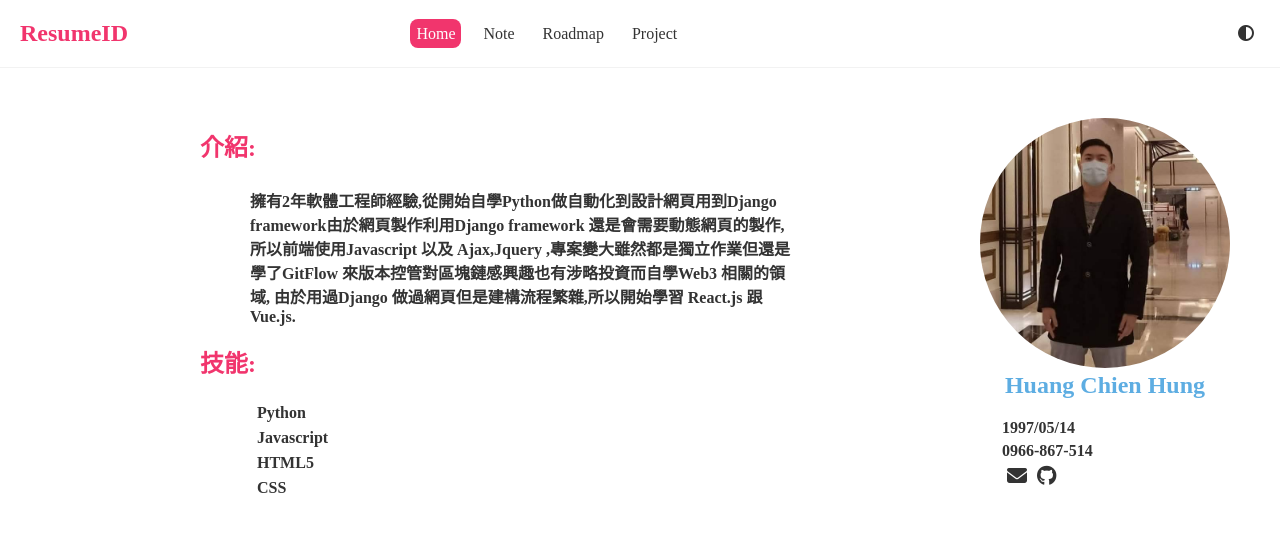
Repository: leo-play-code/ResumeID
Page: /
The author's editor kept a copy of each file at every save. The page is drawn from the files as they stood at one save, then again after a run of saves.
The browser window is 1280 px wide. The pictures show the whole page.
Some web libraries are served in a nearby version. The project was rebuilt for these pictures with package versions that can differ from the ones it lists, and the page was loaded fresh each time. Also part of the build but not shown: src/Note/Note.js, src/Roadmap/Roadmap.js, src/Project/Project.js.

Above is the page before, as saved 2022-10-18 15:25:46.

### public/index.html
<!DOCTYPE html>
<html lang="en">
  <head>
    <meta charset="utf-8" />
    <link rel="icon" href="%PUBLIC_URL%/favicon.ico" />
    <meta name="viewport" content="width=device-width, initial-scale=1" />
    <meta name="theme-color" content="#000000" />
    <meta
      name="description"
      content="Web site created using create-react-app"
    />
    <link rel="apple-touch-icon" href="%PUBLIC_URL%/logo192.png" />
    <link rel="manifest" href="%PUBLIC_URL%/manifest.json" />

    <!-- fontawesome -->
    <script src="https://kit.fontawesome.com/14e9a4f90b.js" crossorigin="anonymous"></script>
    <title>React App</title>
  </head>
  <body>
    <noscript>You need to enable JavaScript to run this app.</noscript>
    <div id="root"></div>
  </body>
</html>

### src/index.css
/* base styles */
* {
  margin: 0;
  font-family: "Quicksand";
  color: #333;
}
.navbar {
  padding: 20px;
  display: flex;
  align-items: center;
  max-width: 100%;
  margin: 0 auto;
  border-bottom: 1px solid #f2f2f2;
}
.navbar h1 {
  color: #f1356d;
}
.navbar-center{
  margin-inline: auto;
}
.navbar-center .page-selected{
  color:white;
  background: #f1356d;
  border-radius: 8px;
  pointer-events: none;
}
.navbar .navbar-right {
  margin-left: auto;
}
.navbar a {
  margin-left: 16px;
  text-decoration: none;
  padding: 6px;
}
.navbar a:hover {
  color: #f1356d;
}
.content {
  max-width: 600px;
  margin: 40px auto;
  padding: 20px;
}

/* Home */
.Home .profile{
  height: 500px;
}
.Home .picture img{
  border-radius: 50%;
  max-width: 250px;
}
.Home .profile .MainName{
  color:#5DADE2;
}

.Home .introduction{
  margin-top: 60px;
  margin-left: 200px;
  float:left;
  width: 600px;
}
.Home .information{
  margin: 50px;
  float:right;
}


.Home .introduction h2{
  color:#f1356d
}
.Home .introduction .context{
  margin-top: 25px;
  margin-left: 50px;
}


.Home .picture{
  text-align: center;
}

.Home .contact{
  margin-top: 20px;
  margin-left:17px
}

.Home .contact div{
  margin :5px;
}

.Home .contact span{
  margin :5px;
}


.Home .contact a{
  margin :5px;
  font-size: 20px;
  transition: 0.3s;
}

.Home .contact a:hover{
  font-size: 35px;
  transition: 0.3s;
}

.Home .skill{
  margin-top: 25px;
  margin-left: 50px;
}
.Home .skill div{
  margin: 7px;
}

### src/App.js
import Navbar from './Navbar/Navbar';
import { BrowserRouter as Router,Route,Switch} from 'react-router-dom'
import Home from './Home/Home';
import Note from './Note/Note';
import Roadmap from './Roadmap/Roadmap';
import Project from './Project/Project';

function App(){
    return (
        <Router>
            <div className="App">
            <Navbar />
                <Switch>
                    <Route exact path='/'>
                        <Home />
                    </Route>
                    <Route exact path='/Note'>
                        <Note />
                    </Route>
                    <Route exact path='/Roadmap'>
                        <Roadmap />
                    </Route>
                    <Route exact path='/Project'>
                        <Project />
                    </Route>

                </Switch>
            </div>
        </Router>

    )
}

export default App;

### src/Navbar/Navbar.js
import { useEffect, useState } from 'react';
import {Link} from 'react-router-dom';

function Navbar(){
    const [navbar_state,setPageState] = useState('');
    function ChangeColor(){
        console.log('changecolor')
    }
    function PageSelected(navbar_state){
        setPageState(navbar_state)
    }
    useEffect(()=>{
        const init_url_arr = window.location.href.split('/')
        const init_url_page = init_url_arr[init_url_arr.length-1]
        setPageState(init_url_page)
    })
    return (
        <nav className="navbar">
            <h1>ResumeID</h1>
            <span className='navbar-center'>
                {(navbar_state == '')&& <Link to="/" className='page-selected'>Home</Link>}
                {!(navbar_state == '')&&<Link to="/" onClick={()=>PageSelected('Home')}>Home</Link>}
                {(navbar_state == 'Note')&& <Link to="/Note" className='page-selected'>Note</Link>}
                {!(navbar_state == 'Note')&&<Link to="/Note" onClick={()=>PageSelected('Note')}>Note</Link>}
                {(navbar_state == 'Roadmap')&& <Link to="/Roadmap" className='page-selected'>Roadmap</Link>}
                {!(navbar_state == 'Roadmap')&&<Link to="/Roadmap" onClick={()=>PageSelected('Roadmap')}>Roadmap</Link>}
                {(navbar_state == 'Project')&& <Link to="/Project" className='page-selected'>Project</Link>}
                {!(navbar_state == 'Project')&&<Link to="/Project" onClick={()=>PageSelected('Project')}>Project</Link>}
            </span>
            <div className="navbar-right">
                <a onClick={ChangeColor}><i className="fa-solid fa-circle-half-stroke"></i></a>
            </div>
        </nav>
    )
}

export default Navbar ;

### src/Home/Home.js



function Home(){
    const pic = require('./static/image/selfy.jpg');
    return(
        <div className="Home">
            <div className='profile'>
                <div className="introduction">
                    <h2 className='context-title'>介紹:</h2>
                    <div className='context'>
                        <b>擁有2年軟體⼯程師經驗,從開始⾃學Python做⾃動化到設計網⾴⽤到Django framework</b>
                        <b>由於網⾴製作利⽤Django framework 還是會需要動態網⾴的製作,所以前端使⽤Javascript 以及 Ajax,Jquery ,專案變⼤雖然都是獨立作業但還是學了GitFlow 來版本控管</b>
                        <b>對區塊鏈感興趣也有涉略投資⽽⾃學Web3 相關的領域, 由於⽤過Django 做過網⾴但是建構流程繁雜,所以開始學習 React.js 跟 Vue.js.</b>
                    </div>
                    <br />
                    <h2 className='context-title'>技能:</h2>
                    <div className='skill'>
                        <div><b>Python</b></div>
                        <div><b>Javascript</b></div>
                        <div><b>HTML5</b></div>
                        <div><b>CSS</b></div>
                    </div>
                </div>
                <div className='information'>
                    <div className="picture">
                        <img src={pic} alt="" />
                        <h2 className='MainName'>Huang Chien Hung</h2>
                    </div>
                    <div className="contact">
                        <div><b>1997/05/14</b></div>
                        <div><b>0966-867-514</b></div>
                        <span>
                            <a href="mailto:leo56029132@gmail.com"><i className="fa-solid fa-envelope"></i></a>
                            <a href="https://github.com/leo-play-code"><i className="fa fa-github"></i></a>
                        </span>
                    </div>
                </div>
            </div>
        </div>
    )
}
export default Home ;

Loaded but not shown: src/index.js (common file); src/reportWebVitals.js (common file)

After the next 4 saves:
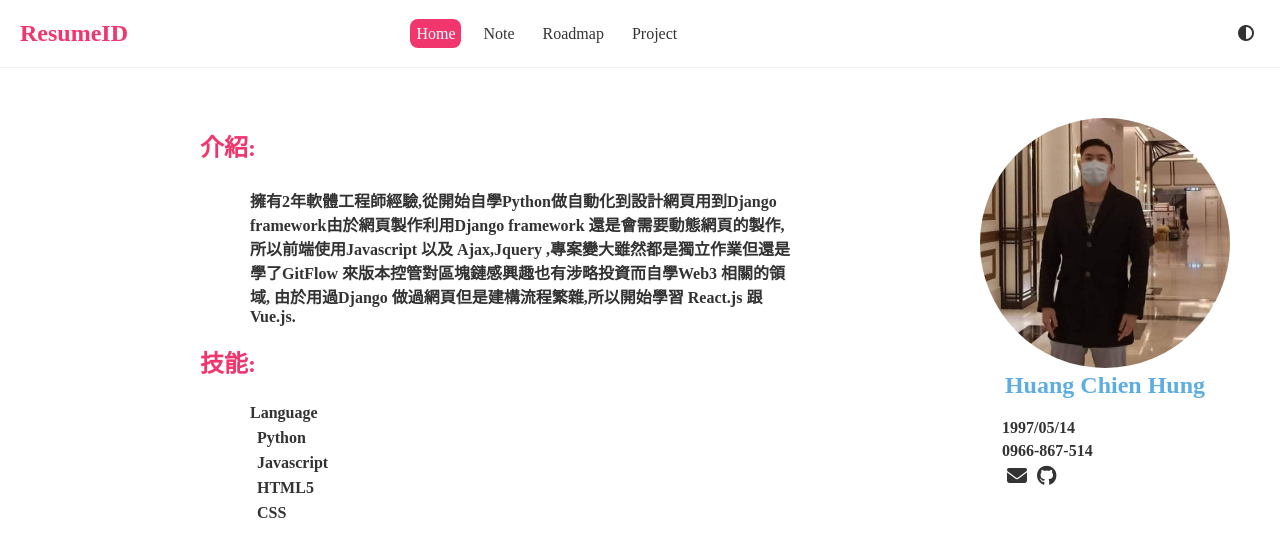
The 4 saves are shown as one change because they came seconds apart.
The last was saved 22 s later.
--- a/src/Home/Home.js
+++ b/src/Home/Home.js
@@ -16,6 +16,7 @@ function Home(){
                     <br />
                     <h2 className='context-title'>技能:</h2>
                     <div className='skill'>
+                        <h4>Language</h4>
                         <div><b>Python</b></div>
                         <div><b>Javascript</b></div>
                         <div><b>HTML5</b></div>
